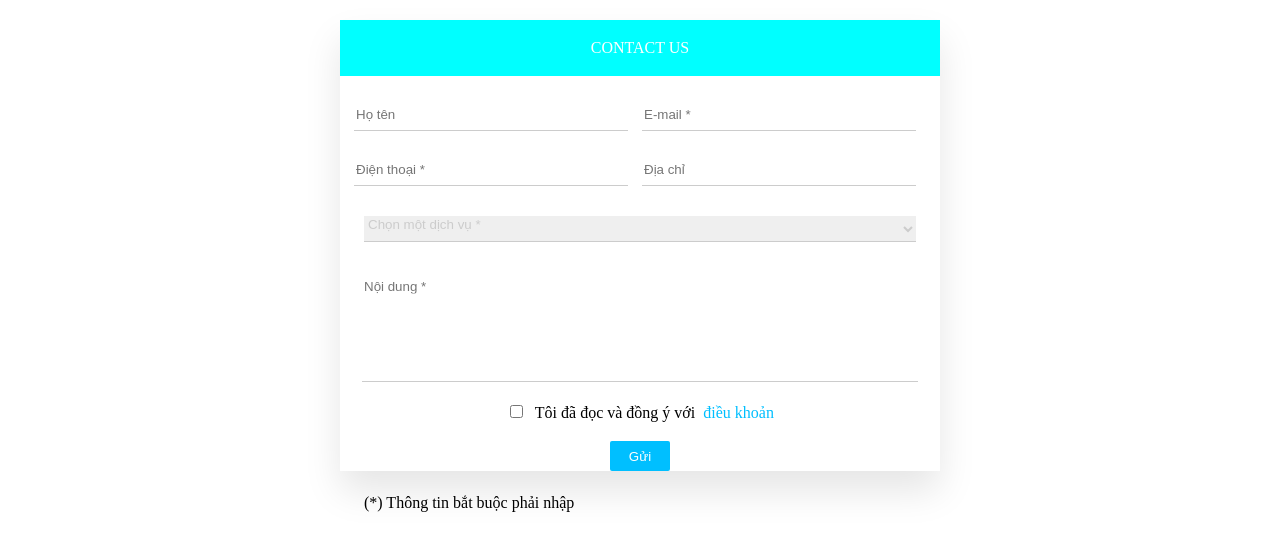
Repository: vanh1604/exercises
Page: baitap/Car/contact.html
These files come from the project's save history. The page is drawn as it stood at one moment and after the next save; the edit follows.
The browser window is 1280 px wide. The pictures show the whole page.

Above is the page before, as saved 2023-03-29 17:40:23.

### baitap/Car/contact.html
<!DOCTYPE html>
<html lang="en">
  <head>
    <meta charset="UTF-8" />
    <meta http-equiv="X-UA-Compatible" content="IE=edge" />
    <meta name="viewport" content="width=device-width, initial-scale=1.0" />
    <link rel="stylesheet" href="reset.css" />
    <link rel="stylesheet" href="contact.css" />
    <title>Document</title>
  </head>
  <body>
    <div class="modal" id="modal">
      <div class="container">
        <div class="header">Contact Us</div>
        <div class="box">
          <ul class="content">
            <li class="line row-2">
              <input type="text" placeholder="Họ tên" id="name" />
              <input type="text" placeholder="E-mail *" />
            </li>
            <li class="line row-2">
              <input type="text" placeholder="Điện thoại *" id="phone-number" />
              <input type="text" placeholder="Địa chỉ" />
            </li>
            <li class="line">
              <select name="service" id="service">
                <option value="default">Chọn một dịch vụ *</option>
                <option value=""></option>
                <option value=""></option>
                <option value=""></option>
              </select>
            </li>
            <li class="line">
              <input type="text" placeholder="Nội dung *" id="content" />
            </li>
            <li class="line check-box">
              <input type="checkbox" name="" id="" />
              Tôi đã đọc và đồng ý với <a href="">điều khoản</a>
            </li>
            <li class="line">
              <button id="button">Gửi</button>
            </li>
          </ul>
          <div class="force">(*) Thông tin bắt buộc phải nhập</div>
        </div>
      </div>
    </div>
  </body>
</html>

### baitap/Car/contact.css
.modal {
  margin: 0 auto;
  width: 600px;
}
.container {
  position: relative;
  text-align: center;
  margin-top: 20px;
  box-shadow: 0 20px 35px rgba(0, 0, 0, 0.1);
}
.header {
  background-color: aqua;
  padding: 20px;
  text-transform: uppercase;
  color: white;
}
.box {
  width: 100%;
  height: fit-content;
  min-height: 70%;
  /* height: 470px; */
  background-color: #fff;
}
.modal ul {
  width: 100%;
}
.modal li {
  justify-content: center;
}
.row-2 input {
  width: 45% !important;
  margin-right: 10px;
}
.modal select {
  color: #ccc;
}
.modal input[type="text"],
.modal select {
  width: 92%;
  border: none;
  border-bottom: 1px solid #ccc;
  margin-top: 30px;
  padding-bottom: 8px;
}
input:focus,
select:focus,
button:focus {
  outline: none;
}
#content {
  height: 100px;
}
#content::placeholder {
  transform: translateY(-250%);
}
.check-box {
  margin-top: 20px;
  border-radius: 0;
}
.modal input[type="checkbox"] {
  margin-right: 8px;
}
.check-box a {
  text-decoration: none;
  margin-left: 4px;
  color: deepskyblue;
}
.modal button {
  width: 10%;
  height: 30px;
  background: deepskyblue;
  border: none;
  border-radius: 2px;
  color: #fff;
  cursor: pointer;
  margin-top: 20px;
}
.modal button:hover {
  opacity: 0.4;
}
.force {
  margin-left: 4%;
  padding-bottom: 10px;
  position: absolute;
  bottom: -50px;
}

Loaded but not shown: baitap/Car/reset.css (common file)

After the next save:
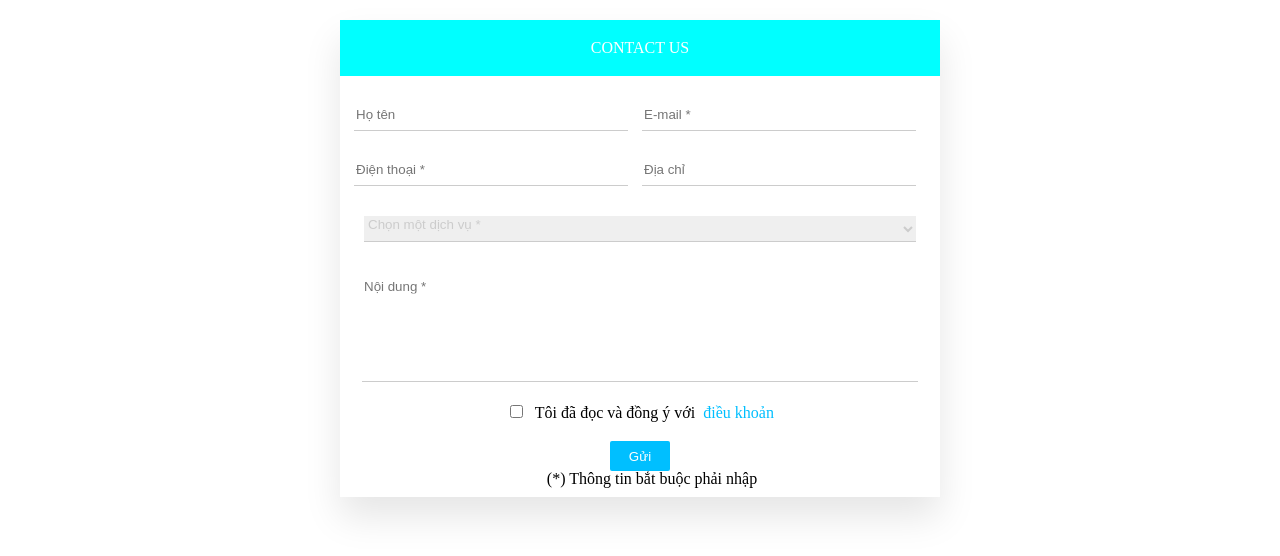
Saved 9 s later.
--- a/baitap/Car/contact.css
+++ b/baitap/Car/contact.css
@@ -81,6 +81,5 @@ button:focus {
 .force {
   margin-left: 4%;
   padding-bottom: 10px;
-  position: absolute;
-  bottom: -50px;
+
 }
